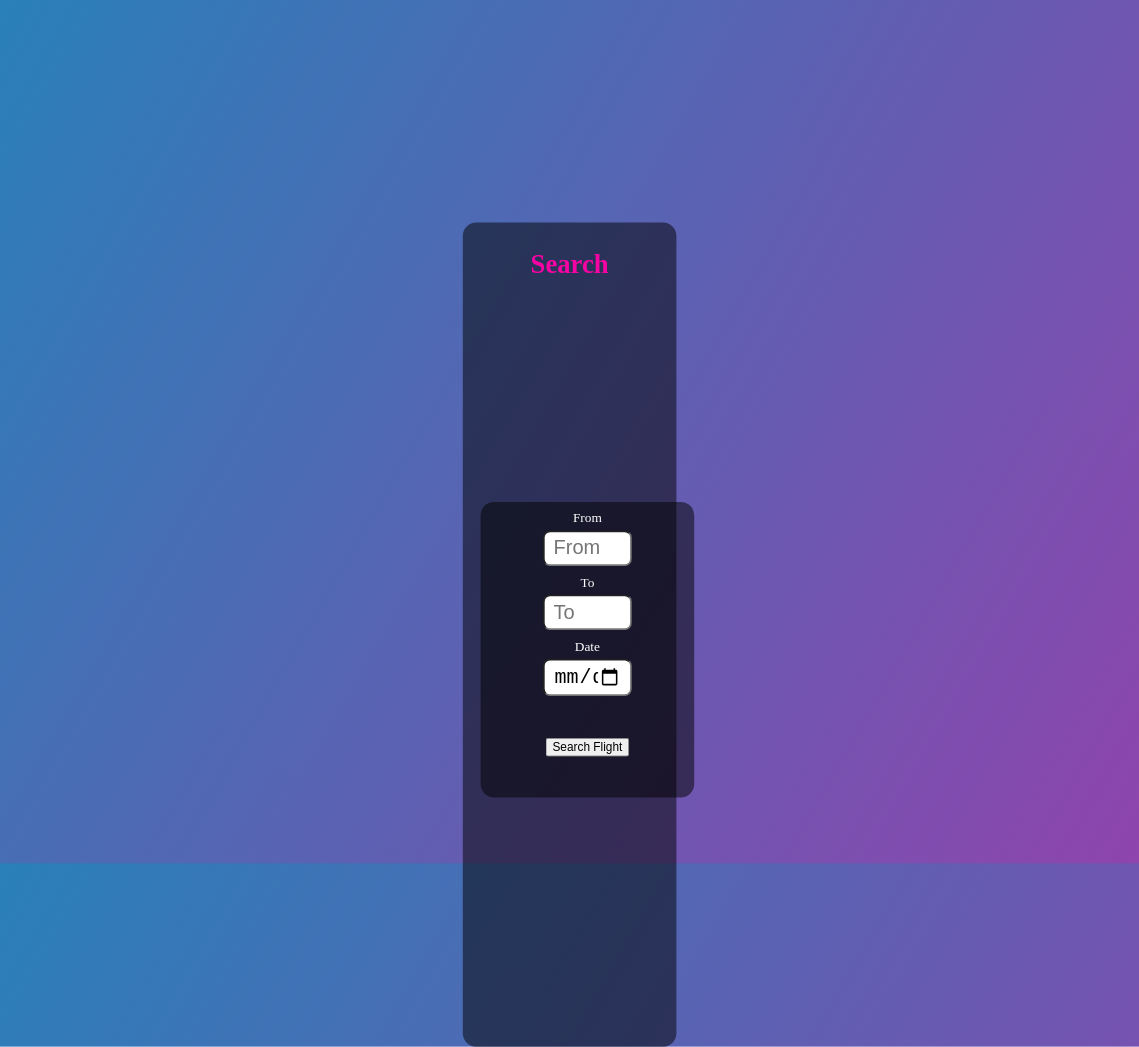
Repository: kalpesh3070/backend2
Page: flyaway/src/main/webapp/Home.html
The author's editor kept a copy of each file at every save. The page is drawn from the files as they stood at one save, then again after the next save.
The browser window is 1280 px wide. The pictures show the whole page, at 89% of full size.

Above is the page before, as saved 2022-11-14 04:23:18.

After the next save:
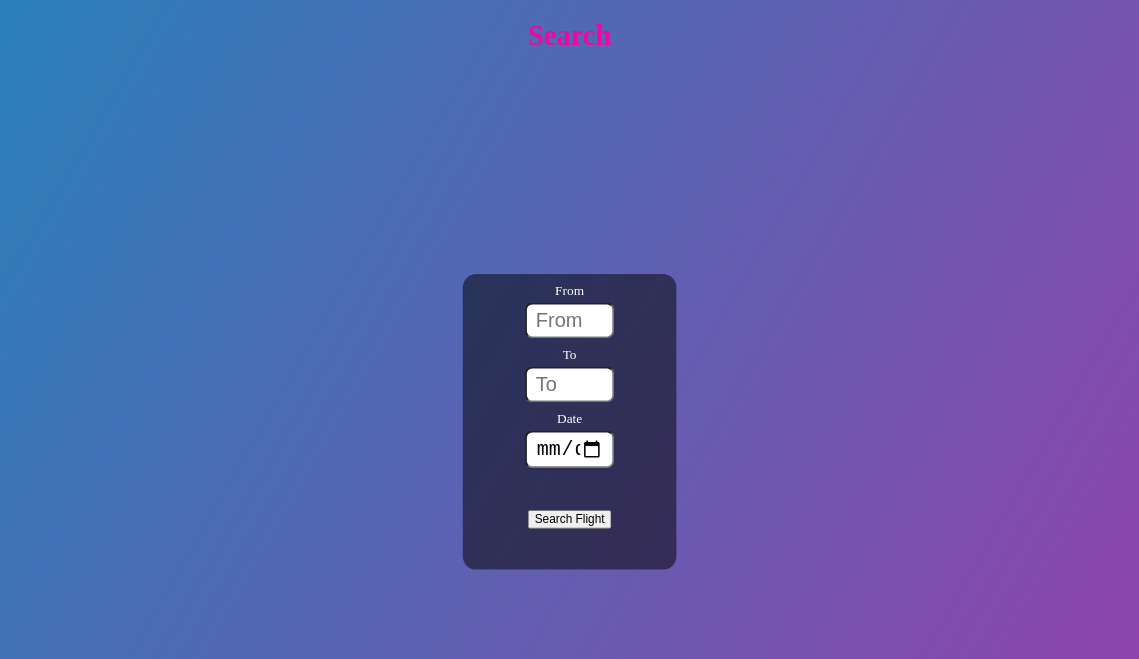
Saved 7 s later.
--- a/flyaway/src/main/webapp/home.css
+++ b/flyaway/src/main/webapp/home.css
@@ -18,16 +18,6 @@
 border-radius: 15px;
 }
 
-.lable{
-width : 200px;
-background-color: rgba(0,0,0,.5);
-padding:10px 20px 30px;
-margin:250px auto;
-color:white;
-font-size:15px;
-border-radius: 15px;
-
-}
 
 .lable h1{
 	color:#f603a3;

After the save that followed:
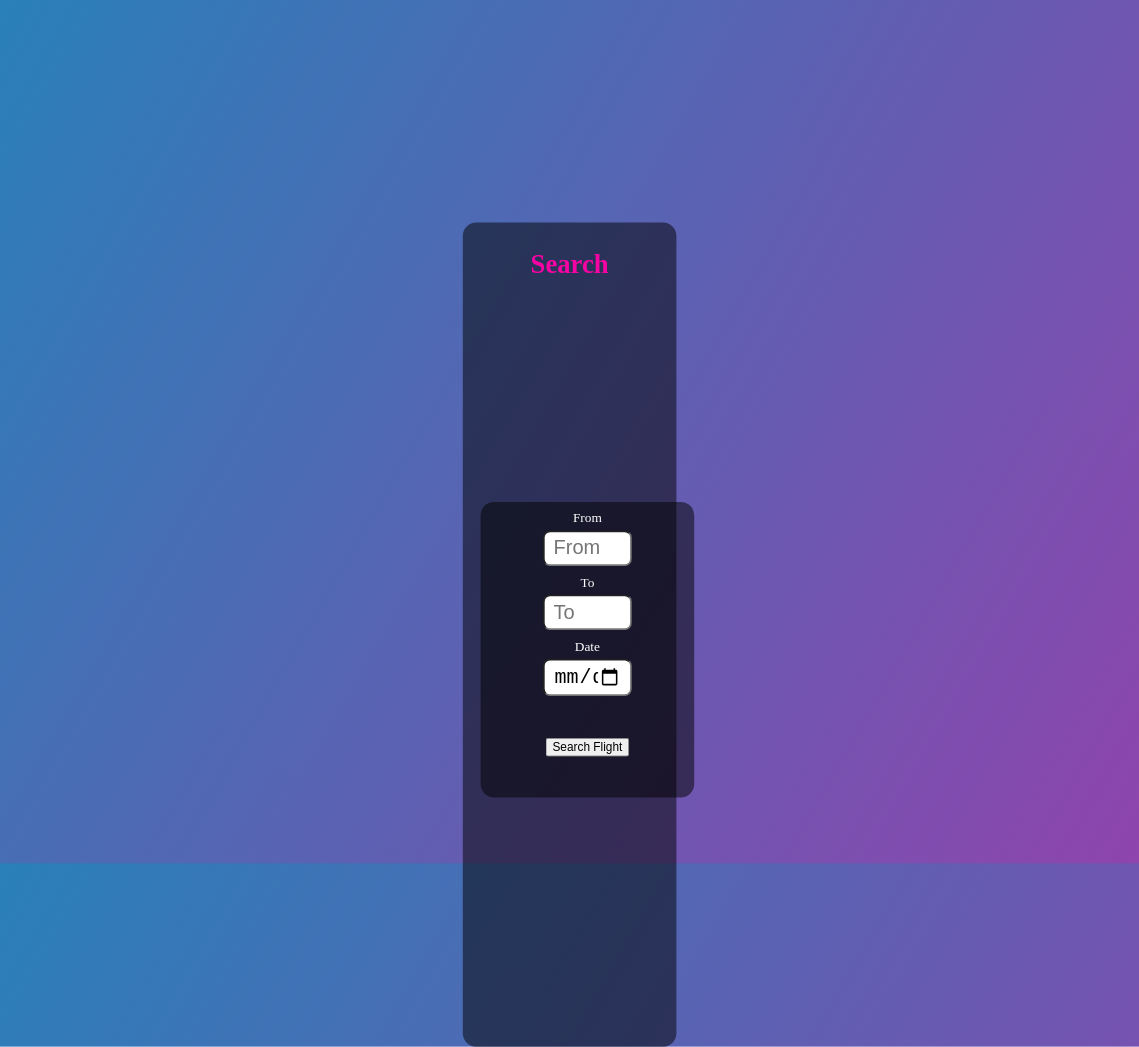
Saved 10 s later.
--- a/flyaway/src/main/webapp/home.css
+++ b/flyaway/src/main/webapp/home.css
@@ -18,6 +18,16 @@
 border-radius: 15px;
 }
 
+.lable{
+width : 200px;
+background-color: rgba(0,0,0,.5);
+padding:10px 20px 30px;
+margin:250px auto;
+color:white;
+font-size:15px;
+border-radius: 15px;
+
+}
 
 .lable h1{
 	color:#f603a3;
